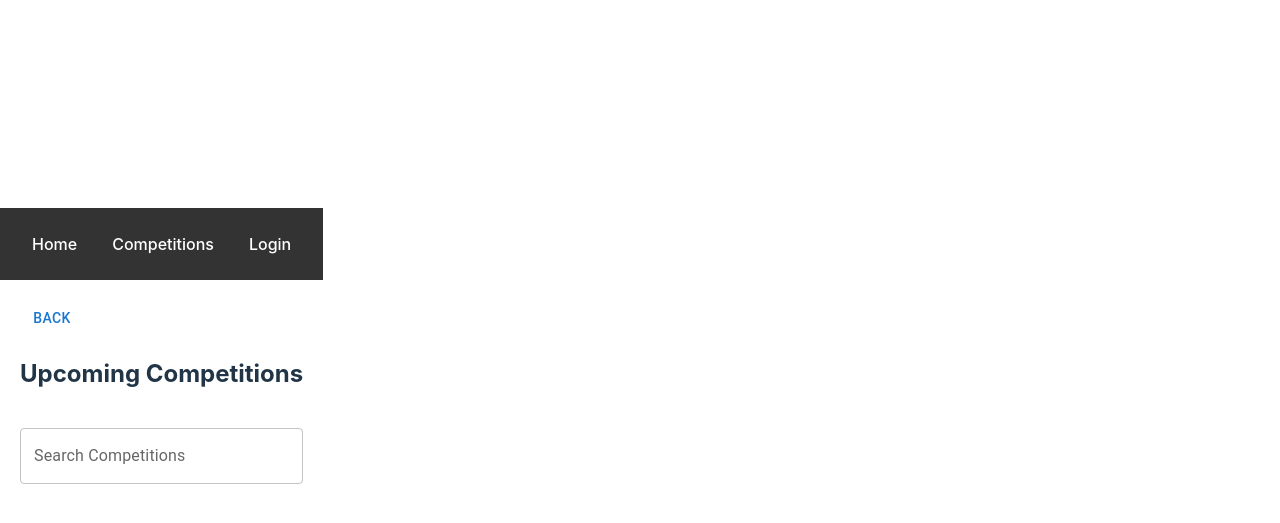
Repository: BWei22/wecube
Page: /competitions
An editor plug-in stored every save of this project. The page is shown before and after the next save, followed by the edit.
The browser window is 1280 px wide. The pictures show the whole page.
The page's requests for data from a server got no answer. The project was rebuilt for these pictures with package versions that can differ from the ones it lists, and the page was loaded fresh each time. No one was signed in, and anything a server would have sent is missing. Also part of the build but not shown: vite.config.js, src/pages/Home.jsx, src/pages/Listings.css, src/pages/Listings.jsx, src/pages/CreateListing.css, src/pages/CreateListing.jsx, src/pages/ListingDetails.jsx, src/pages/InterestedBuyers.jsx and 9 more.

Above is the page before, as saved 2024-07-28 15:49:23.

### index.html
<!doctype html>
<html lang="en">
  <head>
    <meta charset="UTF-8" />
    <link rel="icon" type="image/svg+xml" href="/vite.svg" />
    <meta name="viewport" content="width=device-width, initial-scale=1.0" />
    <title>WeCube</title>
  </head>
  <body>
    <div id="root"></div>
    <script type="module" src="/src/main.jsx"></script>
  </body>
</html>

### src/App.jsx
import React from 'react';
import { BrowserRouter as Router, Routes, Route } from 'react-router-dom';
import Home from './pages/Home';
import Competitions from './pages/Competitions';
import Listings from './pages/Listings';
import CreateListing from './pages/CreateListing';
import ListingDetails from './pages/ListingDetails';
import InterestedBuyers from './pages/InterestedBuyers';
import Notifications from './pages/Notifications';
import AuthComponent from './components/AuthComponent';
import PrivateRoute from './components/PrivateRoute';
import NavBar from './components/NavBar';
import { ProvideAuth } from './hooks/useAuth';
import Message from './pages/Message';
import Conversations from './pages/Conversations';
import Profile from './pages/Profile'; // Import the Profile component

const App = () => {
  return (
    <ProvideAuth>
      <Router>
        <NavBar />
        <Routes>
          <Route path="/" element={<Home />} />
          <Route path="/competitions" element={<Competitions />} />
          <Route path="/listings/:competitionId" element={<Listings />} />
          <Route path="/create-listing/:competitionId" element={<PrivateRoute><CreateListing /></PrivateRoute>} />
          <Route path="/listing/:listingId" element={<ListingDetails />} />
          <Route path="/interested-buyers/:listingId" element={<PrivateRoute><InterestedBuyers /></PrivateRoute>} />
          <Route path="/notifications" element={<PrivateRoute><Notifications /></PrivateRoute>} />
          <Route path="/auth" element={<AuthComponent />} />
          <Route path="/messages/:listingId" element={<PrivateRoute><Message /></PrivateRoute>} />
          <Route path="/conversations" element={<PrivateRoute><Conversations /></PrivateRoute>} />
          <Route path="/profile" element={<PrivateRoute><Profile /></PrivateRoute>} /> {/* Add this route */}
        </Routes>
      </Router>
    </ProvideAuth>
  );
};

export default App;

### src/pages/Competitions.jsx
import React, { useEffect, useState } from "react";
import { useNavigate } from "react-router-dom";
import Flag from "react-world-flags";
import TextField from "@mui/material/TextField";
import "./Competitions.css"; // Import the CSS file for styling
import Button from '@mui/material/Button';

const Competitions = () => {
  const [competitions, setCompetitions] = useState([]);
  const [searchQuery, setSearchQuery] = useState("");
  const navigate = useNavigate();

  useEffect(() => {
    fetch('https://raw.githubusercontent.com/robiningelbrecht/wca-rest-api/master/api/competitions-page-1.json')
      .then(response => response.json())
      .then(data => {
        const upcomingCompetitions = data.items
          .filter(comp => new Date(comp.date.from) >= new Date())
          .sort((a, b) => new Date(a.date.from) - new Date(b.date.from)); // Sort competitions chronologically
        setCompetitions(upcomingCompetitions);
      })
      .catch(error => console.error('Error fetching competitions:', error));
  }, []);

  const handleCompetitionClick = (competitionId) => {
    navigate(`/listings/${competitionId}`);
  };

  const handleSearchChange = (event) => {
    setSearchQuery(event.target.value);
  };

  const filteredCompetitions = competitions.filter(comp =>
    comp.name.toLowerCase().includes(searchQuery.toLowerCase()) ||
    comp.city.toLowerCase().includes(searchQuery.toLowerCase())
  );

  const handleGoBack = () => {
    navigate("/");
  };

  const formatDateRange = (from, till) => {
    const fromDate = new Date(from);
    const tillDate = new Date(till);
    const options = { year: 'numeric', month: 'short', day: 'numeric' };

    if (fromDate.toDateString() === tillDate.toDateString()) {
      return fromDate.toLocaleDateString(undefined, options);
    } else {
      return `${fromDate.toLocaleDateString(undefined, options)} - ${tillDate.toLocaleDateString(undefined, options)}`;
    }
  };

  return (
    <div className="competitions">
      <Button onClick={handleGoBack}>Back</Button>
      <h2>Upcoming Competitions</h2>
      <TextField
        label="Search Competitions"
        variant="outlined"
        fullWidth
        margin="normal"
        value={searchQuery}
        onChange={handleSearchChange}
      />
      <ul className="competitions-list">
        {filteredCompetitions.map(comp => (
          <li key={comp.id} className="competition-item" onClick={() => handleCompetitionClick(comp.id)}>
            <div className="competition-flag">
              <Flag code={comp.country} height="24" />
            </div>
            <div className="competition-details">
              <span className="competition-name">{comp.name}</span>
              <span className="competition-date">
                {formatDateRange(comp.date.from, comp.date.till)}
              </span>
            </div>
          </li>
        ))}
      </ul>
    </div>
  );
};

export default Competitions;

### src/components/NavBar.jsx
import React from 'react';
import { Link, useNavigate } from 'react-router-dom';
import { useAuth } from '../hooks/useAuth';
import Button from '@mui/material/Button';
import './NavBar.css';

const NavBar = () => {
  const auth = useAuth();
  const navigate = useNavigate();

  const handleLogout = () => {
    auth.signout(() => navigate('/'));
  };

  return (
    <div className="navbar">
      <Link to="/">Home</Link>
      <Link to="/competitions">Competitions</Link>
      {auth.user ? (
        <>
          <Link to="/conversations">Conversations</Link>
          <Link to="/profile">Profile</Link>
          <Button onClick={handleLogout}>Logout</Button>
        </>
      ) : (
        <Link to="/auth">Login</Link>
      )}
    </div>
  );
};

export default NavBar;

### src/hooks/useAuth.jsx
import React, { useContext, createContext, useState, useEffect } from "react";
import { onAuthStateChanged, signOut, signInWithPopup, GoogleAuthProvider } from "firebase/auth";
import { auth } from "../firebaseConfig";

// Create a context for authentication
const authContext = createContext();

// Provider component that wraps your app and makes auth object available to any child component that calls useAuth()
export function ProvideAuth({ children }) {
  const auth = useProvideAuth();
  return <authContext.Provider value={auth}>{children}</authContext.Provider>;
}

// Hook for child components to get the auth object and re-render when it changes
export const useAuth = () => {
  return useContext(authContext);
};

// Provider hook that creates auth object and handles state
function useProvideAuth() {
  const [user, setUser] = useState(null);

  const signin = () => {
    const provider = new GoogleAuthProvider();
    return signInWithPopup(auth, provider)
      .then((result) => {
        setUser(result.user);
        return result.user;
      });
  };

  const signout = () => {
    return signOut(auth)
      .then(() => {
        setUser(null);
      });
  };

  useEffect(() => {
    const unsubscribe = onAuthStateChanged(auth, (user) => {
      if (user) {
        setUser(user);
      } else {
        setUser(null);
      }
    });

    // Cleanup subscription on unmount
    return () => unsubscribe();
  }, []);

  return {
    user,
    signin,
    signout
  };
}

### src/pages/Competitions.css
/* src/pages/Competitions.css */
.competitions {
    padding: 20px;
    text-align: left;
  }

  .competitions-list {
    list-style: none;
    padding: 0;
    margin: 0;
  }

  .competition-item {
    display: flex;
    align-items: center;
    padding: 10px 0;
    border-bottom: 1px solid #ddd;
    cursor: pointer;
    transition: background-color 0.2s;
  }

  .competition-item:hover {
    background-color: #f9f9f9;
  }

  .competition-flag {
    flex-shrink: 0;
    margin-right: 15px;
  }

  .competition-flag img {
    width: 32px;
    height: 24px;
    border-radius: 2px;
  }

  .competition-details {
    display: flex;
    flex-direction: column;
  }

  .competition-name {
    font-size: 16px;
    font-weight: bold;
    color: #333;
  }

  .competition-date {
    font-size: 14px;
    color: #888;
  }

### src/firebaseConfig.js
// src/firebaseConfig.js
import { initializeApp } from "firebase/app";
import { getFirestore } from "firebase/firestore";
import { getAuth, onAuthStateChanged, GoogleAuthProvider, signInWithPopup } from "firebase/auth";

const firebaseConfig = {
  apiKey: "AIzaSyDYb4aSYo2bUTjyhVYMKNBykxSJtt_21Po",
  authDomain: "wecube-e0d78.firebaseapp.com",
  projectId: "wecube-e0d78",
  storageBucket: "wecube-e0d78.appspot.com",
  messagingSenderId: "412392652109",
  appId: "1:412392652109:web:bc3ad839badcf48e85cb04",
  measurementId: "G-3J43PF4YX8"
};

const app = initializeApp(firebaseConfig);
const db = getFirestore(app);
const auth = getAuth(app);
const provider = new GoogleAuthProvider();

onAuthStateChanged(auth, (user) => {
  if (user) {
    console.log("User is signed in", user);
  } else {
    console.log("No user is signed in");
  }
});

export { db, auth, provider };

### src/components/NavBar.css
.navbar {
  display: flex;
  justify-content: space-between;
  align-items: center;
  background-color: #333;
  padding: 1rem;
}

.navbar a {
  color: white;
  text-decoration: none;
  padding: 0.5rem 1rem;
}

.navbar a:hover {
  background-color: #575757;
  border-radius: 4px;
}

.navbar button {
  background-color: #f44336;
  color: white;
  border: none;
  padding: 0.5rem 1rem;
  cursor: pointer;
}

.navbar button:hover {
  background-color: #d32f2f;
}

Loaded but not shown: src/main.jsx (common file); src/index.css (common file)

After the next save:
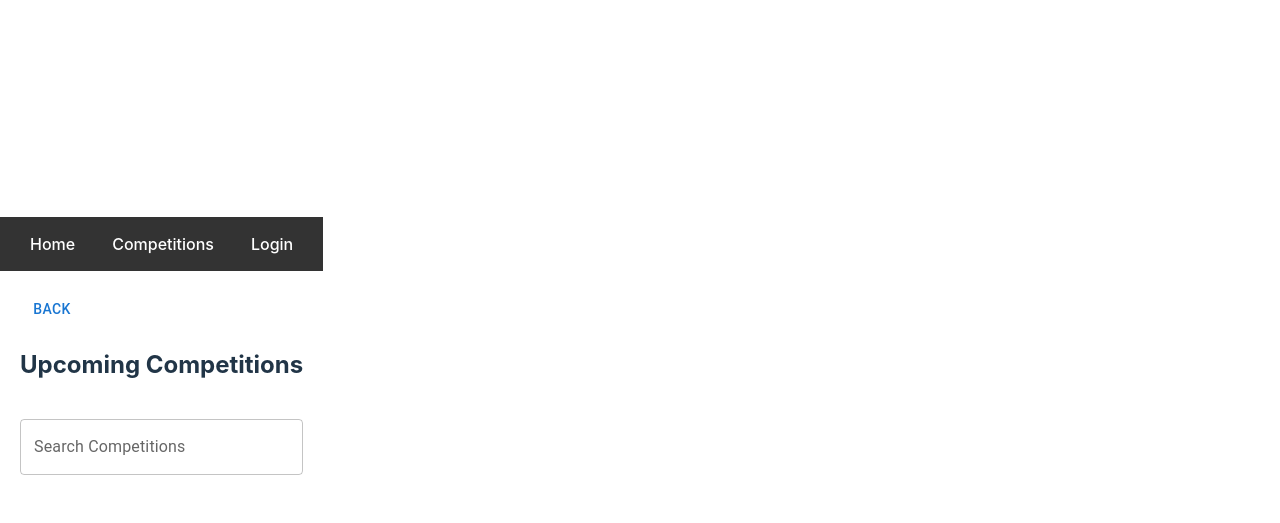
Saved 2 h 24 min later.
--- a/src/components/NavBar.css
+++ b/src/components/NavBar.css
@@ -1,30 +1,25 @@
+/* src/components/NavBar.css */
+
 .navbar {
   display: flex;
   justify-content: space-between;
   align-items: center;
+  padding: 15px 20px;
   background-color: #333;
-  padding: 1rem;
+  color: #fff;
 }
 
 .navbar a {
-  color: white;
+  color: #fff;
   text-decoration: none;
-  padding: 0.5rem 1rem;
+  margin: 0 10px;
 }
 
 .navbar a:hover {
-  background-color: #575757;
-  border-radius: 4px;
+  text-decoration: underline;
 }
 
-.navbar button {
-  background-color: #f44336;
-  color: white;
-  border: none;
-  padding: 0.5rem 1rem;
-  cursor: pointer;
+.navbar .navbar-right {
+  display: flex;
+  align-items: center;
 }
-
-.navbar button:hover {
-  background-color: #d32f2f;
-}
